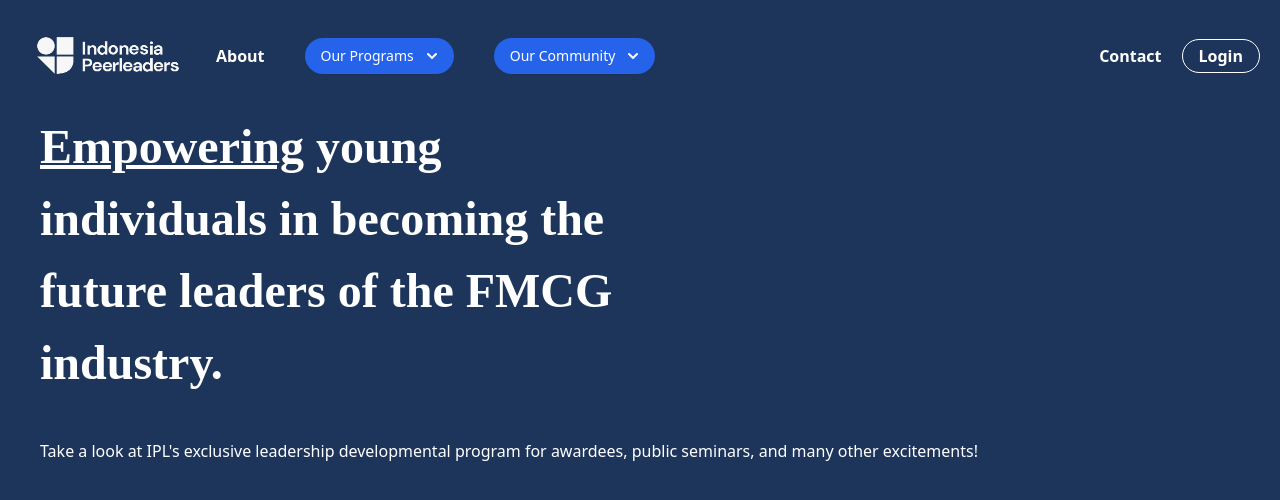
Repository: Delos-343/IPL-Website-Dev
Page: /
The author's editor kept a copy of each file at every save. The page is drawn from the files as they stood at one save, then again after the next save.
The browser window is 1280 px wide. The pictures show the whole page.
The project was rebuilt for these pictures with package versions that can differ from the ones it lists, and the page was loaded fresh each time. The framework's server and built-in components were replaced by stand-ins that run in the browser. Also part of the build but not shown: next.config.js.

Above is the page before, as saved 2022-04-25 17:22:21.

After the next save:
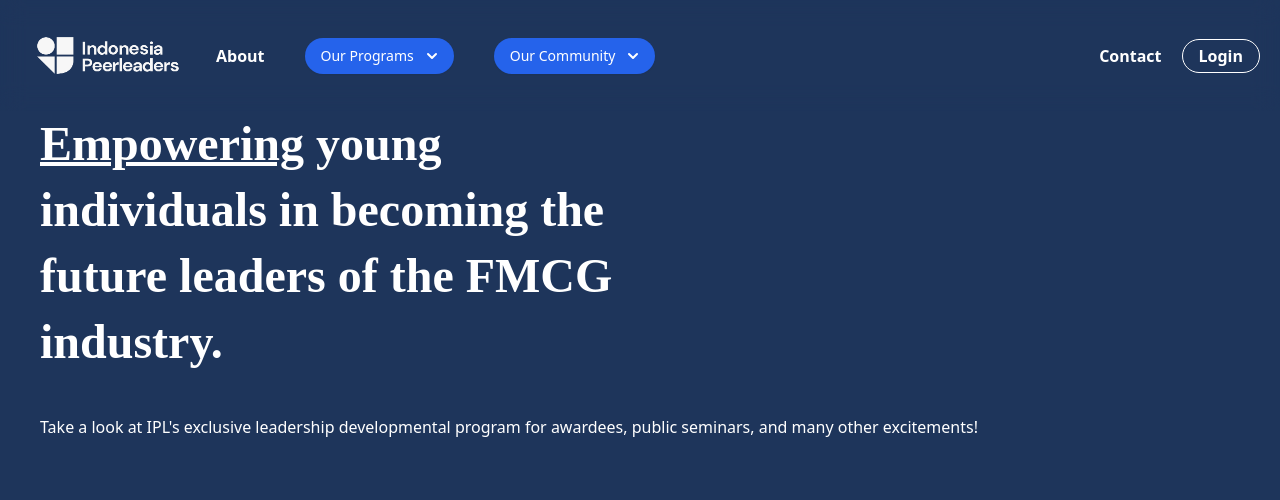
Saved 10 s later.
--- a/components/Hero.tsx
+++ b/components/Hero.tsx
@@ -5,7 +5,7 @@
     <div>
       <div className='text-white flex justify-between items-center py-10 lg:py-0'>
         <div className='px-10 space-y-10'>
-          <h1 className="text-5xl max-w-xl leading-normal font-['Poppins'] font-semibold">
+          <h1 className="text-5xl max-w-xl leading-snug font-['Poppins'] font-semibold">
             <span className='underline decoration-white decoration-4'>
               Empowering
             </span>{" "}

After the save that followed:
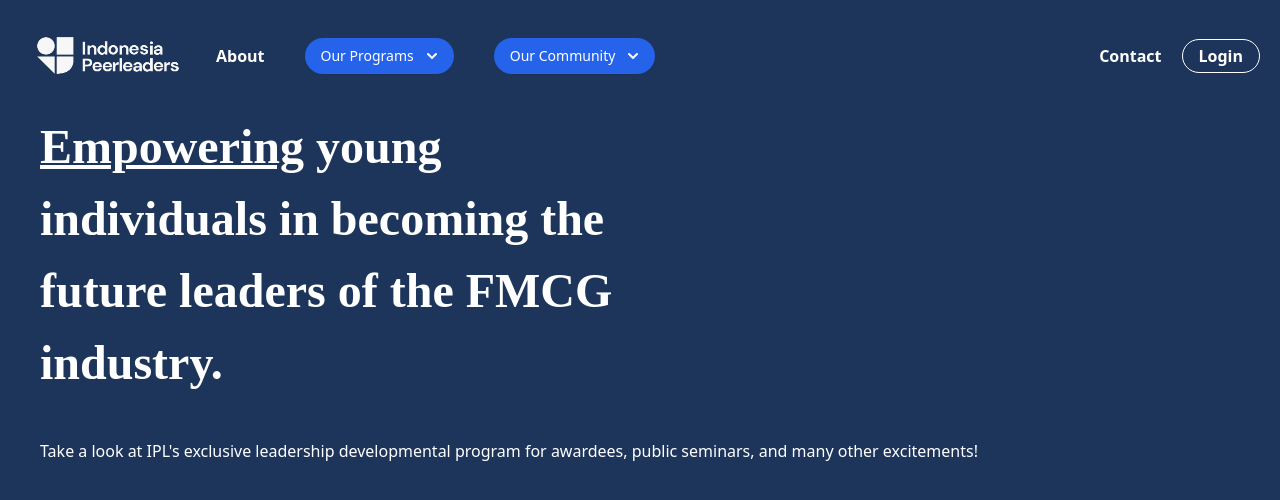
Saved 12 s later.
--- a/components/Hero.tsx
+++ b/components/Hero.tsx
@@ -5,7 +5,7 @@
     <div>
       <div className='text-white flex justify-between items-center py-10 lg:py-0'>
         <div className='px-10 space-y-10'>
-          <h1 className="text-5xl max-w-xl leading-snug font-['Poppins'] font-semibold">
+          <h1 className="text-5xl max-w-xl leading-normal font-['Poppins'] font-semibold">
             <span className='underline decoration-white decoration-4'>
               Empowering
             </span>{" "}
